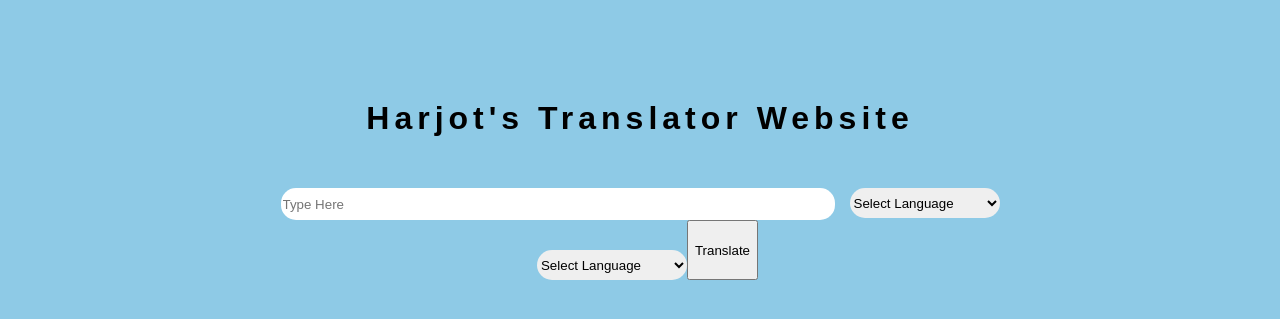
Repository: Harjot00/Pythonpractice
Page: Translator/homepage.html
The author's editor kept a copy of each file at every save. The page is drawn from the files as they stood at one save, then again after the next save.
The browser window is 1280 px wide. The pictures show the whole page.
Some web fonts or font styles are not loaded; a fallback is used.

Above is the page before, as saved 2022-03-06 19:29:13.

After the next save:
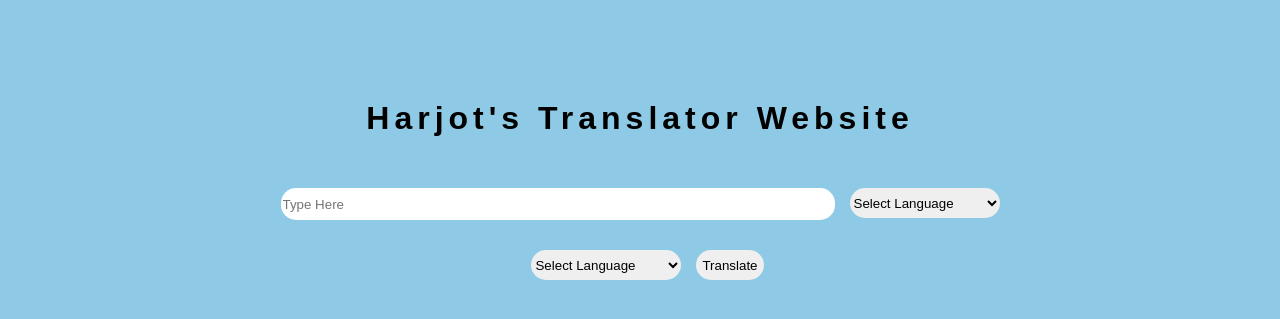
Saved 64 s later.
--- a/Translator/styles.css
+++ b/Translator/styles.css
@@ -29,3 +29,8 @@ select{
     border: none;
     border-radius: 15px;
 }
+button{
+    margin:30px 0px 0px 15px;
+    border: none;
+    border-radius: 15px;
+}
